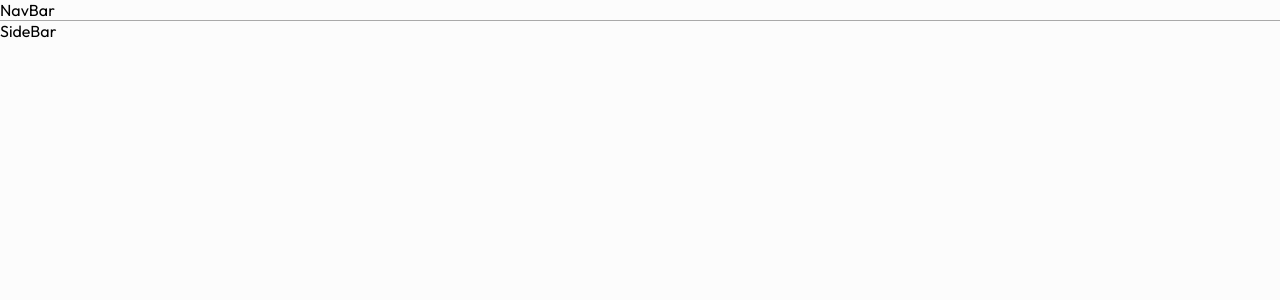
Repository: sodmaq/food-delivery
Page: /order (app in admin/)
An editor plug-in stored every save of this project. The page is shown before and after the next save, followed by the edit.
The browser window is 1280 px wide. The pictures show the whole page.
The project was rebuilt for these pictures with package versions that can differ from the ones it lists, and the page was loaded fresh each time. Also part of the build but not shown: admin/vite.config.js, admin/src/components/sidebar/SideBar.css. Imported but missing from the stored project, and not drawn on this page: admin/src/components/NavBar/NavBar.css.

Above is the page before, as saved 2024-09-24 08:30:23.

### admin/index.html
<!DOCTYPE html>
<html lang="en">
  <head>
    <meta charset="UTF-8" />
    <link rel="icon" type="image/svg+xml" href="/vite.svg" />
    <meta name="viewport" content="width=device-width, initial-scale=1.0" />
    <title>Admin</title>
  </head>
  <body>
    <div id="root"></div>
    <script type="module" src="/src/main.jsx"></script>
  </body>
</html>

### admin/src/App.jsx
import { NavBar } from "./components/NavBar/NavBar";
import SideBar from "./components/sidebar/SideBar";

const App = () => {
  return (
    <div>
      <NavBar />
      <hr />
      <div className="app-content">
        <SideBar />
      </div>
    </div>
  );
};

export default App;

### admin/src/index.css
@import url("https://fonts.googleapis.com/css2?family=Outfit:wght@100..900&display=swap");

* {
  padding: 0;
  margin: 0;
  box-sizing: border-box;
  font-family: Outfit;
  scroll-behavior: smooth;
}
body {
  min-height: 100vh;
  background-color: #fcfcfc;
}

a {
  text-decoration: none;
  color: inherit;
}
hr {
  height: 1px;
  background-color: #a9a9a9;
  border: none;
}

.app-content {
  display: flex;
}

### admin/src/components/NavBar/NavBar.jsx
import "./NavBar.css    ";
export const NavBar = () => {
  return <div>NavBar</div>;
};

### admin/src/components/sidebar/SideBar.jsx
import "./SideBar.css";
const SideBar = () => {
  return <div>SideBar</div>;
};

export default SideBar;

Loaded but not shown: admin/src/main.jsx (common file)

After the next save:
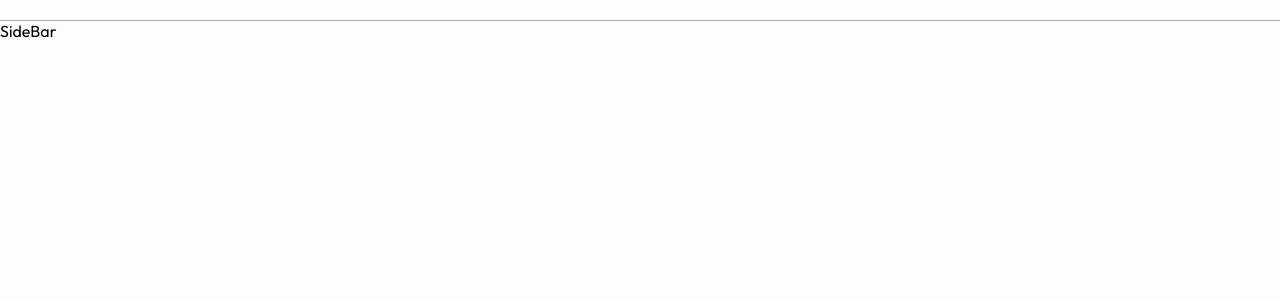
Saved 42 s later.
--- a/admin/src/components/NavBar/NavBar.jsx
+++ b/admin/src/components/NavBar/NavBar.jsx
@@ -1,4 +1,9 @@
 import "./NavBar.css    ";
 export const NavBar = () => {
-  return <div>NavBar</div>;
+  return (
+    <div cl>
+      <img src="" alt="" />
+      <img src="" alt="" />
+    </div>
+  );
 };
